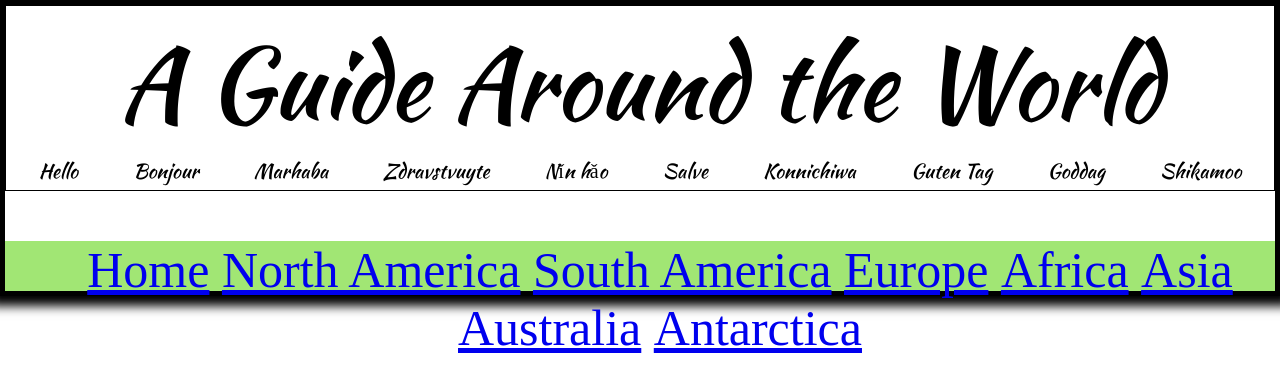
Repository: alharama/StaticWebsite
Page: index.html
These files come from the project's save history. The page is drawn as it stood at one moment and after the next save; the edit follows.
The browser window is 1280 px wide. The pictures show the whole page.

Above is the page before, as saved 2021-09-20 21:01:57.

After the next save:
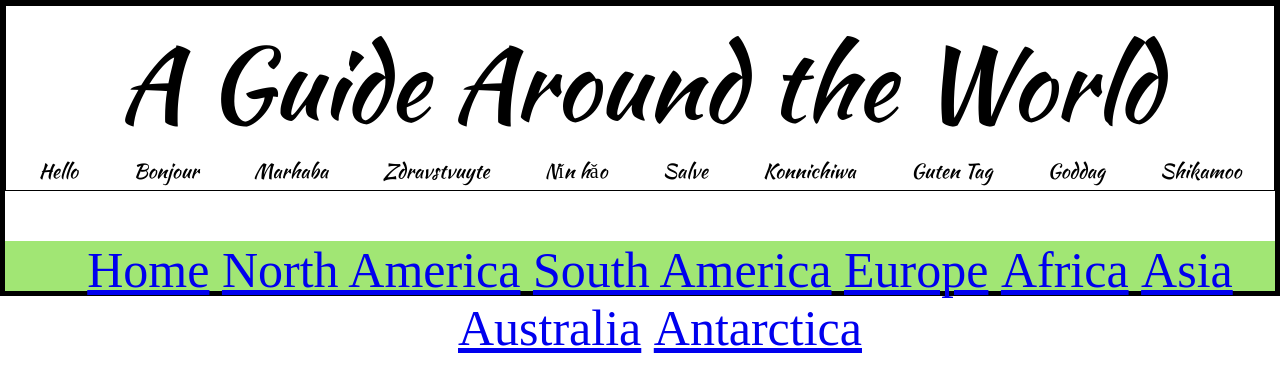
Saved 26 s later.
--- a/index.html
+++ b/index.html
@@ -43,10 +43,8 @@
         }
 
         body{
-
             background: white;
             border: 5px solid black;
-            box-shadow: 0px 0px 10px 10px;
             margin: auto;
         }
 
